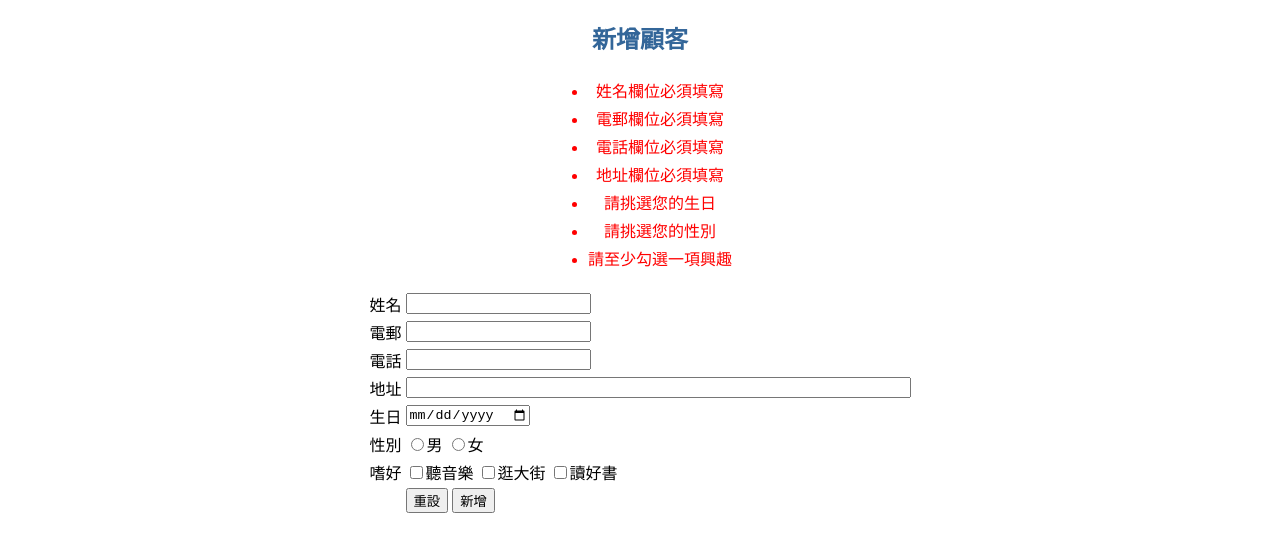
Repository: stanleydk4/JAVA_EE
Page: http://localhost/myWeb/customer/ccController.do
The author's editor kept a copy of each file at every save. The page is drawn from the files as they stood at one save, then again after the next save.
The browser window is 1280 px wide. The pictures show the whole page.
The page is served by Tomcat 10.

Above is the page before, as saved 2024-09-20 02:25:28.

After the next save:
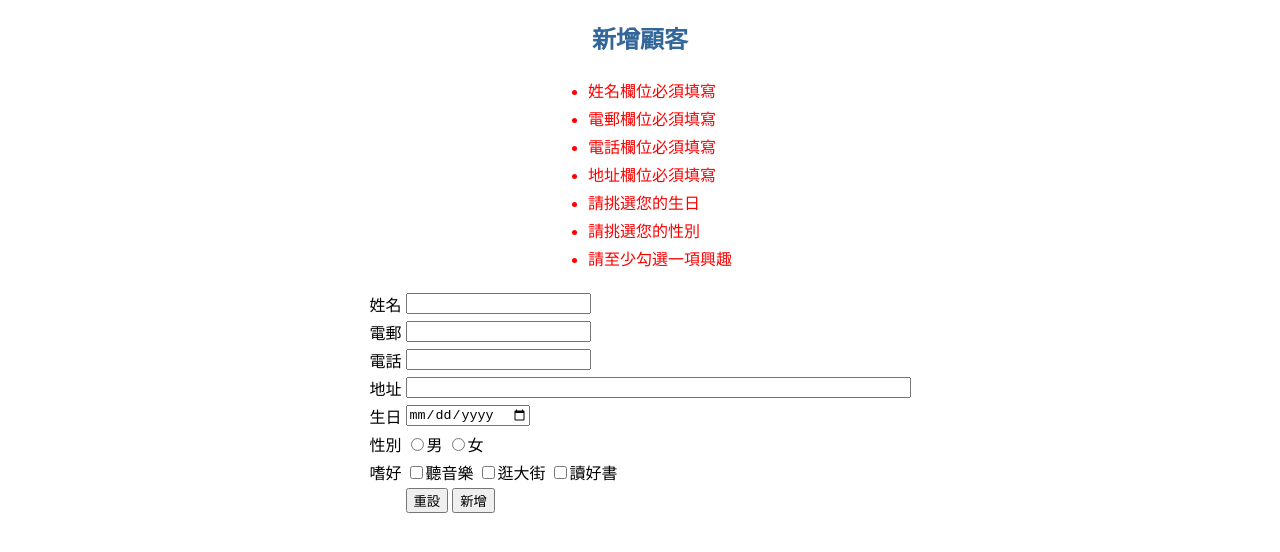
Saved 51 s later.
--- a/myWeb/src/main/webapp/customer/createCustomer.jsp
+++ b/myWeb/src/main/webapp/customer/createCustomer.jsp
@@ -14,7 +14,7 @@
 	<% LinkedList<String> errors = (LinkedList<String>)request.getAttribute("errors"); %>
 	<% if(errors != null){ %>
 		<ul style="color: red; font-size: 1.0em">
-		<table border="0" style="margin:auto">
+		<table border="0" style="margin:auto; text-align: left">
 			<% for(String error:errors){ %>
 				<tr><td><li><%= error %></li></td></tr>
 			<% } %>
